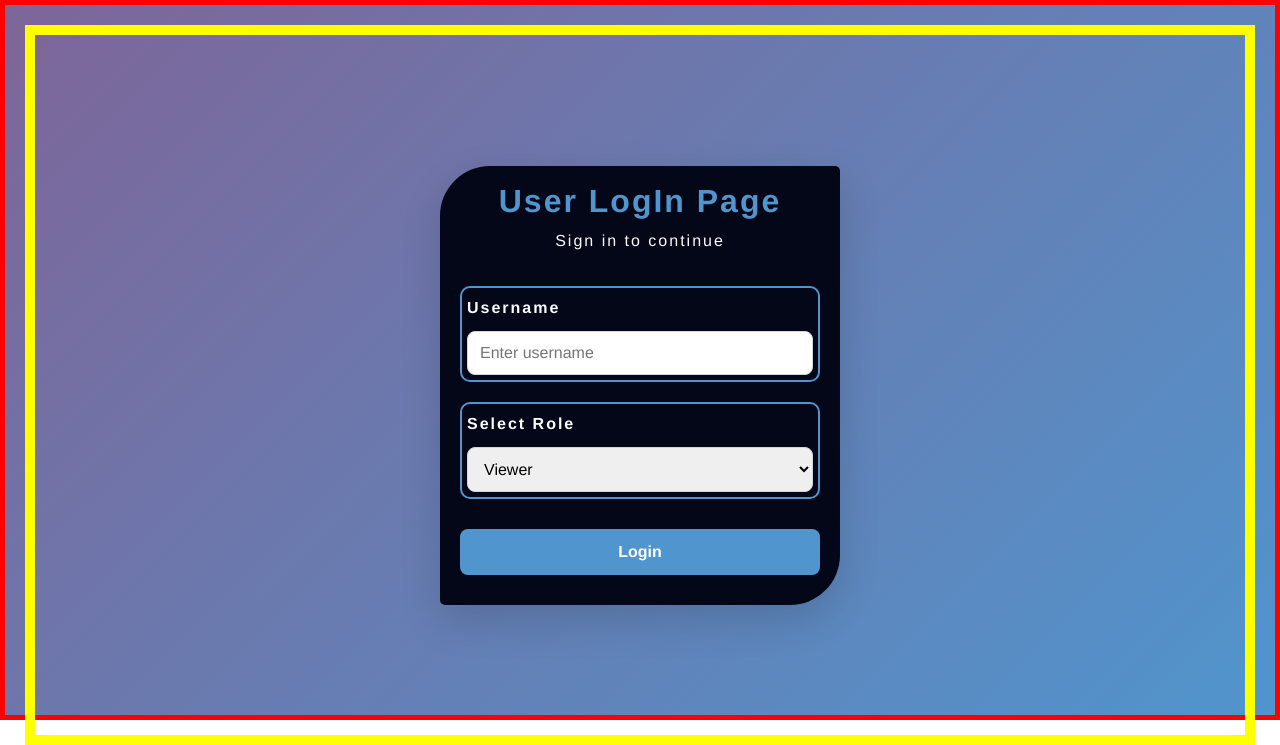
Repository: SolomonChinonso/myUserDashboard
Page: /dashboard (app in my-user-dashboard-app/)
An editor plug-in stored every save of this project. The page is shown before and after the next save, followed by the edit.
The browser window is 1280 px wide. The pictures show the whole page.
The project was rebuilt for these pictures with package versions that can differ from the ones it lists, and the page was loaded fresh each time. Also part of the build but not shown: my-user-dashboard-app/vite.config.ts, my-user-dashboard-app/src/App.css, my-user-dashboard-app/src/pages/global.css, my-user-dashboard-app/src/pages/Dashboard.tsx, my-user-dashboard-app/src/pages/Profile.tsx, my-user-dashboard-app/src/pages/Settings.tsx, my-user-dashboard-app/src/components/Navbar.tsx.

Above is the page before, as saved 2026-05-31 14:42:25.

### my-user-dashboard-app/index.html
<!doctype html>
<html lang="en">
  <head>
    <meta charset="UTF-8" />
    <link rel="icon" type="image/svg+xml" href="/favicon.svg" />
    <meta name="viewport" content="width=device-width, initial-scale=1.0" />
    <title>my-user-dashboard-app</title>
  </head>
  <body>
    <div id="root"></div>
    <script type="module" src="/src/main.tsx"></script>
  </body>
</html>

### my-user-dashboard-app/src/main.tsx
import React from "react";
import ReactDOM from "react-dom/client";
import App from "./App";
import { BrowserRouter } from "react-router-dom";
import { AuthProvider } from "./context/AuthProvider"
import "./index.css"


ReactDOM.createRoot(document.getElementById("root")!).render(
  <React.StrictMode>
    <BrowserRouter>
      <AuthProvider>
        <App />
      </AuthProvider>
    </BrowserRouter>
  </React.StrictMode>
);

### my-user-dashboard-app/src/App.tsx
import {
  Routes,
  Route,
  Navigate,
} from "react-router-dom";
import "./App.css"

import Login from "./pages/Login";
import Dashboard from "./pages/Dashboard";
import Profile from "./pages/Profile";
import Settings from "./pages/Settings";

import Navbar from "./components/Navbar";
import ProtectedRoute from "./components/ProtectedRoute";

import { useAuth } from "./hooks/useAuth";

function App() {
  const { user } = useAuth();

  return (
    <div className="app-section">
      {user && <Navbar />}

      <Routes>
        {/* Redirect homepage to login */}
        <Route
          path="/"
          element={<Navigate to="/login" replace />}
        />

        <Route
          path="/login"
          element={<Login />}
        />

        <Route
          path="/dashboard"
          element={
            <ProtectedRoute>
              <Dashboard />
            </ProtectedRoute>
          }
        />

        <Route
          path="/profile"
          element={
            <ProtectedRoute>
              <Profile />
            </ProtectedRoute>
          }
        />

        <Route
          path="/settings"
          element={
            <ProtectedRoute adminOnly>
              <Settings />
            </ProtectedRoute>
          }
        />

        {/* Catch-all route */}
        <Route
          path="*"
          element={<Navigate to="/login" replace />}
        />
      </Routes>
    </div>
  );
}

export default App;

### my-user-dashboard-app/src/context/AuthProvider.tsx
import {
  useState,
  type ReactNode,
} from "react";

import type { User } from "../types/user";

import { AuthContext } from "./AuthContext";

interface AuthProviderProps {
  children: ReactNode;
}

export const AuthProvider = ({
  children,
}: AuthProviderProps) => {
  const [user, setUser] =
    useState<User | null>(null);

  const login = (userData: User) => {
    setUser(userData);
  };

  const logout = () => {
    setUser(null);
  };

  return (
    <AuthContext.Provider
      value={{
        user,
        login,
        logout,
      }}
    >
      {children}
    </AuthContext.Provider>
  );
};

### my-user-dashboard-app/src/index.css
*{
    margin: 0;
    padding: 0;
    font-family: 'Franklin Gothic Medium', 'Arial Narrow', Arial, sans-serif;
    box-sizing: border-box;


}
body{
   height: 100vh;
   min-height: 100%;
    letter-spacing: 2px;
    background:  linear-gradient(
    135deg,
    #7e6598,
    #5095cd);
    background-repeat:no-repeat;
    color: #5095cd;;
    padding: 20px;
    border: 5px solid red;
}

### my-user-dashboard-app/src/pages/Login.tsx
// import { useState } from "react";
// import { useNavigate } from "react-router-dom";
// import { useAuth } from "../hooks/useAuth";
// import "./Login.css"

// const Login = () => {
//   const [username, setUsername] = useState("");
//   const [role, setRole] = useState("Viewer");

//   const { login } = useAuth();
//   const navigate = useNavigate();

//   const handleLogin = () => {
//     login({
//       username,
//       role: role as "Admin" | "Editor" | "Viewer",
//     });

//     navigate("/dashboard");
//   };

//   return (
//     <div className="login-page">
//       <h1>Login</h1>

//       <input
//         type="text"
//         placeholder="Username"
//         value={username}
//         onChange={(e) => setUsername(e.target.value)}
//       />

//       <select
//         value={role}
//         onChange={(e) => setRole(e.target.value)}
//       >
//         <option>Admin</option>
//         <option>Editor</option>
//         <option>Viewer</option>
//       </select>

//       <button onClick={handleLogin}>
//         Login
//       </button>
//     </div>
//   );
// };

// export default Login;
import { useState } from "react";
import { useNavigate } from "react-router-dom";
import { useAuth } from "../hooks/useAuth";
import "./Login.css";

const Login = () => {
  const [username, setUsername] = useState("");
  const [role, setRole] = useState("Viewer");

  const { login } = useAuth();
  const navigate = useNavigate();

  const handleLogin = () => {
    login({
      username,
      role: role as "Admin" | "Editor" | "Viewer",
    });

    navigate("/dashboard");
  };

  return (
    <div className="login-page">
      <div className="login-card">
        <h1>User LogIn Page</h1>
        <p className="subtitle">
          Sign in to continue
        </p>

        <div className="form-group">
          <label>Username</label>
          <input
            type="text"
            placeholder="Enter username"
            value={username}
            onChange={(e) =>
              setUsername(e.target.value)
            }
          />
        </div>

        <div className="form-group">
          <label>Select Role</label>
          <select
            value={role}
            onChange={(e) =>
              setRole(e.target.value)
            }
          >
            <option>Admin</option>
            <option>Editor</option>
            <option>Viewer</option>
          </select>
        </div>

        <button
          className="login-btn"
          onClick={handleLogin}
        >
          Login
        </button>
      </div>
    </div>
  );
};

export default Login;

### my-user-dashboard-app/src/components/ProtectedRoute.tsx
import { Navigate } from "react-router-dom";
import { useAuth } from "../hooks/useAuth";

interface Props {
  children: React.ReactNode;
  adminOnly?: boolean;
}

const ProtectedRoute = ({
  children,
  adminOnly,
}: Props) => {
  const { user } = useAuth();

  // Not logged in
  if (!user) {
    return <Navigate to="/login" />;
  }

  // Not admin
  if (adminOnly && user.role !== "Admin") {
    return <Navigate to="/dashboard" />;
  }

  return children;
};

export default ProtectedRoute;

### my-user-dashboard-app/src/hooks/useAuth.ts
import { useContext } from "react";

import { AuthContext } from "../context/AuthContext";

export const useAuth = () => {
  const context = useContext(AuthContext);

  if (!context) {
    throw new Error(
      "useAuth must be used inside AuthProvider"
    );
  }

  return context;
};

### my-user-dashboard-app/src/context/AuthContext.ts
import { createContext } from "react";

import type { User } from "../types/user";

export interface AuthContextType {
  user: User | null;
  login: (user: User) => void;
  logout: () => void;
}
export const AuthContext =
  createContext<AuthContextType | null>(null);

### my-user-dashboard-app/src/pages/Login.css
/* Full page layout */
.login-page {
  min-height: 100vh;

  display: flex;
  justify-content: center;
  align-items: center;
  margin-top: 0;
  border: 10px solid yellow;
  padding: 20px;
}

/* Login card */
.login-card {
  width: 100%;
  max-width: 400px;
  height: 60%;
  background: #040717;
  padding: 20px;
  border-radius: 50px 5px;
  display: flex;
  flex-direction: column;
  justify-content: center;
  align-items: center;
  box-shadow: 0 15px 40px
    rgba(0, 0, 0, 0.15);
  line-height: 30px;
  text-align: center;
}


/* Heading */
.login-card h1 {
  margin-bottom: 10px;
  color: #5095cd;
}

.subtitle {
  color: #fafcfe;
  margin-bottom: 30px;
}

/* Form group */
.form-group {
    border: 2px solid #5095cd;
    width: 100%;
    border-radius: 10px;
    padding: 5px;
  display: flex;
  flex-direction: column;
  text-align: left;
  margin-bottom: 20px;
}

.form-group label {
  margin-bottom: 8px;
  font-weight: 600;
  color: #fbfcfe;
}

/* Inputs */
.form-group input,
.form-group select {
  padding: 12px;
  border: 1px solid #d1d5db;
  border-radius: 8px;

  font-size: 16px;
  outline: none;

  transition: 0.3s ease;
}

.form-group input:focus,
.form-group select:focus {
  border-color: #4f46e5;
  box-shadow: 0 0 0 3px
    rgba(79, 70, 229, 0.15);
}

/* Button */
.login-btn {
  width: 100%;
  padding: 14px;

  border: none;
  border-radius: 8px;

  background: #5095cd;
  color: white;

  font-size: 16px;
  font-weight: bold;

  cursor: pointer;
  transition: 0.3s ease;
}

.login-btn:hover {
  background: #4338ca;
  transform: translateY(-2px);
}

### my-user-dashboard-app/src/components/Navbar.css
nav{
    background: rgb(48, 4, 59);
    display: flex;
    justify-content: space-between;
    align-items: center;
    /* margin: 20px; */
    /* padding: 10px; */
    /* max-width: 100vw; */
    /* width: 100%; */
    flex-wrap: wrap;
    /* border-radius: 50px; */

}
nav .logo{
    font-family: system-ui, -apple-system, BlinkMacSystemFont, 'Segoe UI', Roboto, Oxygen, Ubuntu, Cantarell, 'Open Sans', 'Helvetica Neue', sans-serif;
    font-style: oblique;
    background: transparent;
    margin: 10px;
    padding: 5px 10px;
    width: 100px;
   border-radius: 50%;
    display: flex;
    flex-direction: column;
    text-align: center;
    border: 2px solid rgb(117, 180, 222);;
}
.links{
    display: flex;
    gap: 20px;

}
a{
    font-family: Arial, Helvetica, sans-serif;
    text-decoration: none;
    color: rgb(224, 224, 240);
   font-size: large;
   font-weight: 700;
}
button{
    font-size: 1rem;
    color: #f3f3f8;
    padding: 5px 20px;
    margin: 10px;
    border: 2px solid rgb(117, 180, 222);
    border-radius: 50px;
    background: transparent;
    cursor: pointer;
    transition: 0.3s ease-in-out;
}
span{
    display: flex;
    flex-direction: column;
    justify-content: center;
    align-items: center;

    color: rgb(240, 240, 244);
}
.profile{
    display: flex;
}

After the next save:
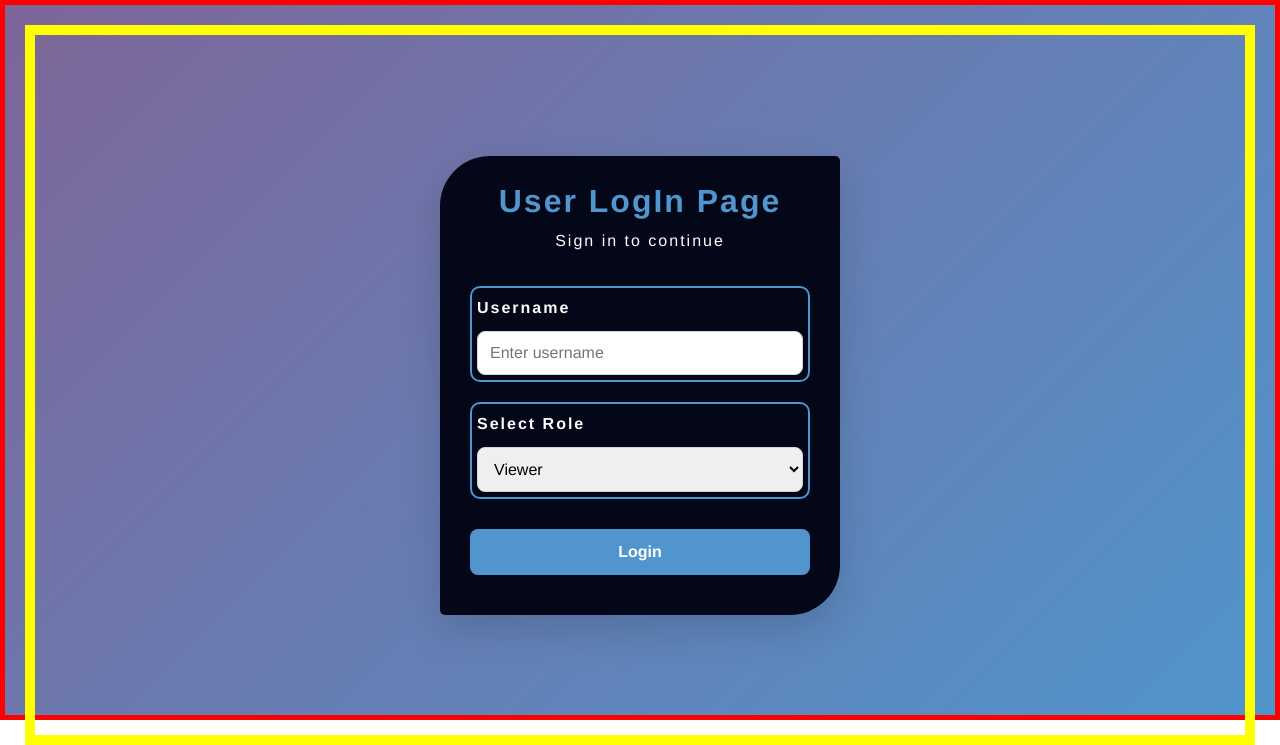
Saved 4 s later.
--- a/my-user-dashboard-app/src/pages/Login.css
+++ b/my-user-dashboard-app/src/pages/Login.css
@@ -16,7 +16,7 @@
   max-width: 400px;
   height: 60%;
   background: #040717;
-  padding: 20px;
+  padding: 30px;
   border-radius: 50px 5px;
   display: flex;
   flex-direction: column;
